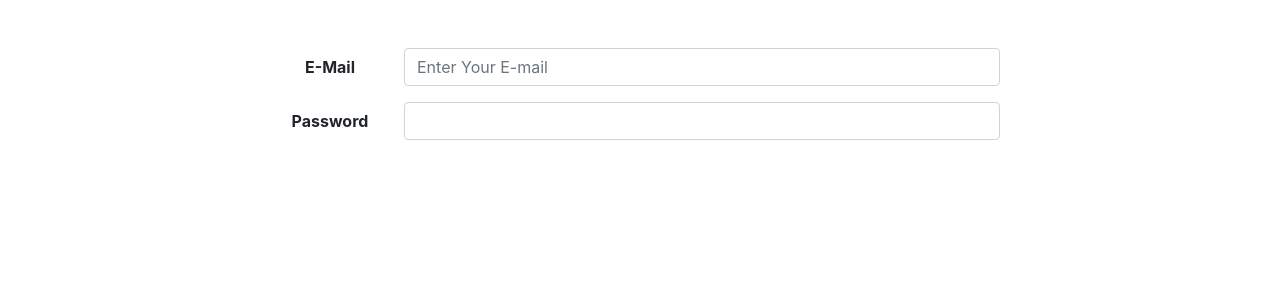
Repository: mariamkhaledsapra/E-Commerce-main
Page: /login
The author's editor kept a copy of each file at every save. The page is drawn from the files as they stood at one save, then again after the next save.
The browser window is 1280 px wide. The pictures show the whole page.
The project was rebuilt for these pictures with package versions that can differ from the ones it lists, and the page was loaded fresh each time. Also part of the build but not shown: src/components/Navbar.jsx.

Above is the page before, as saved 2024-02-13 21:35:03.

### public/index.html
<!DOCTYPE html>
<html lang="en">
  <head>
    <meta charset="utf-8" />
    <link rel="icon" href="%PUBLIC_URL%/favicon.ico" />
    <meta name="viewport" content="width=device-width, initial-scale=1" />
    <meta name="theme-color" content="#000000" />
    <meta
      name="description"
      content="Web site created using create-react-app"
    />
    <link href="https://cdn.jsdelivr.net/npm/bootstrap@5.1.3/dist/css/bootstrap.min.css" rel="stylesheet" integrity="sha384-1BmE4kWBq78iYhFldvKuhfTAU6auU8tT94WrHftjDbrCEXSU1oBoqyl2QvZ6jIW3" crossorigin="anonymous">

    <title>React App</title>
  </head>
  <body>
    <div id="root"></div>
  </body>
</html>

### src/index.js
import React from "react";
import ReactDOM from "react-dom/client";
import "./index.css";
import App from "./App";
import reportWebVitals from "./reportWebVitals";
import { createBrowserRouter, RouterProvider } from "react-router-dom";
import Login from "./components/Login";
import Navbar from "./components/Navbar";

const Routes = createBrowserRouter([
  {
    path: "/",
    element: <App />,
    children: [
      {
        index:true,
        element: <Navbar />,
      },
      {
        path: "/login",
        element: <Login />,
      },
    ],
  },
]);

const root = ReactDOM.createRoot(document.getElementById("root"));
root.render(
  <RouterProvider router={Routes}>
    <App />
  </RouterProvider>
);

reportWebVitals();

### src/App.js
import logo from './logo.svg';
import './App.css';
import Navbar from './components/Navbar';
import { Outlet } from 'react-router-dom';

function App() {
  return (
    <div className="App">
      <Outlet/>
    </div>
  );
}

export default App;

### src/components/Login.jsx
import React from "react";

const Login = () => {
  return (
    <div className="container d-flex justify-content-center flex-wrap mt-5">
      {" "}


      <div className="mb-3 row col-8">
        <label

          className="col-sm-2 col-form-label fw-bolder"
        >
          E-Mail
        </label>
        <div className="col-sm-10">
          <input type="email" className="form-control" placeholder="Enter Your E-mail"/>
        </div>
      </div>
      <div className="mb-3 row col-8">
        <label

          className="col-sm-2 col-form-label fw-bolder"
        >
          Password
        </label>
        <div className="col-sm-10">
          <input type="password" className="form-control" id="inputPassword" />
        </div>
      </div>
    </div>
  );
};

export default Login;

Loaded but not shown: src/index.css (common file); src/reportWebVitals.js (common file); src/App.css (common file)

After the next save:
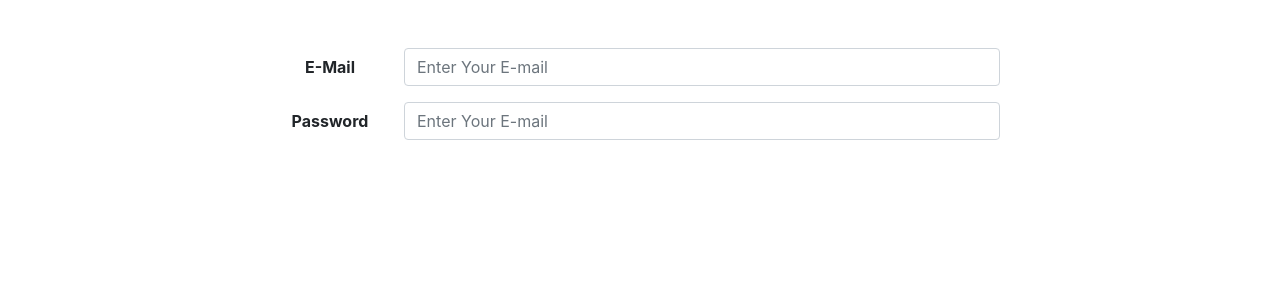
Saved 13 s later.
--- a/src/components/Login.jsx
+++ b/src/components/Login.jsx
@@ -25,7 +25,7 @@ const Login = () => {
           Password
         </label>
         <div className="col-sm-10">
-          <input type="password" className="form-control" id="inputPassword" />
+          <input type="password" className="form-control" id="inputPassword" placeholder="Enter Your E-mail"/>
         </div>
       </div>
     </div>
